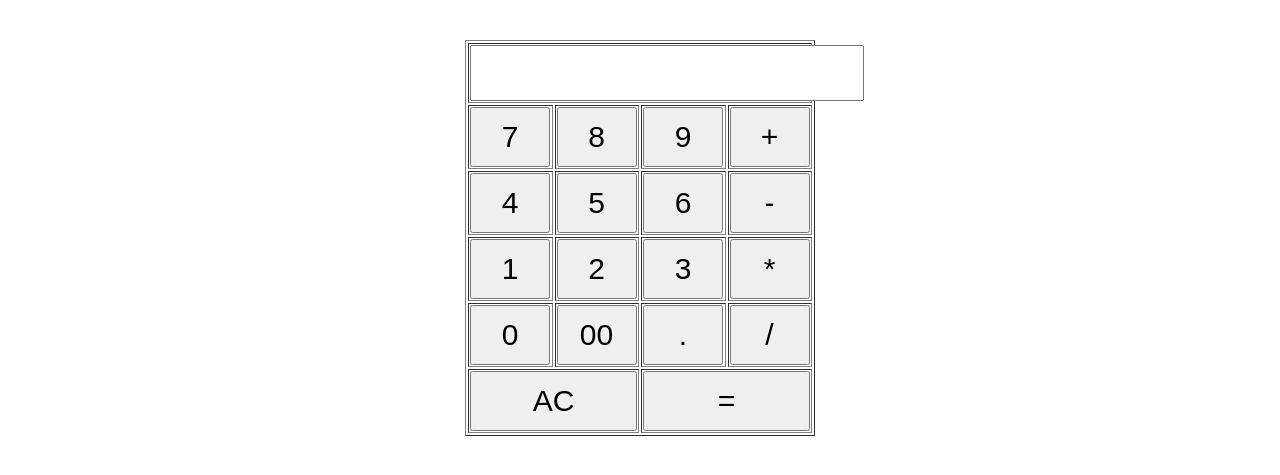
Repository: kurihara119/-
Page: index.html
The author's editor kept a record of every edit. The page is drawn from the files as they stood at one moment, then again after the next edit.
The browser window is 1280 px wide. The pictures show the whole page.
Some web libraries are served in a nearby version.

Above is the page before.

After the next edit:
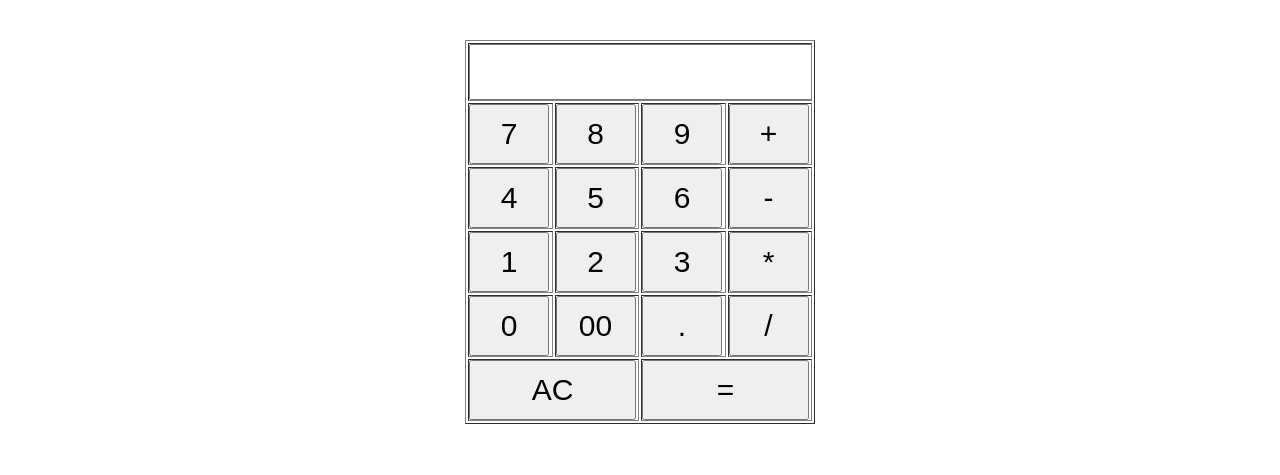
The edit:
--- a/main.css
+++ b/main.css
@@ -6,6 +6,15 @@
   margin:auto;
   table-layout: fixed;
   width: 350px;
+}
+
+td {
+  text-overflow: ellipsis;
+  white-space: nowrap;
+  overflow: hidden;
+  max-width: 0;
+  margin: 0;
+  padding: 0;
 }
 
 #result {
